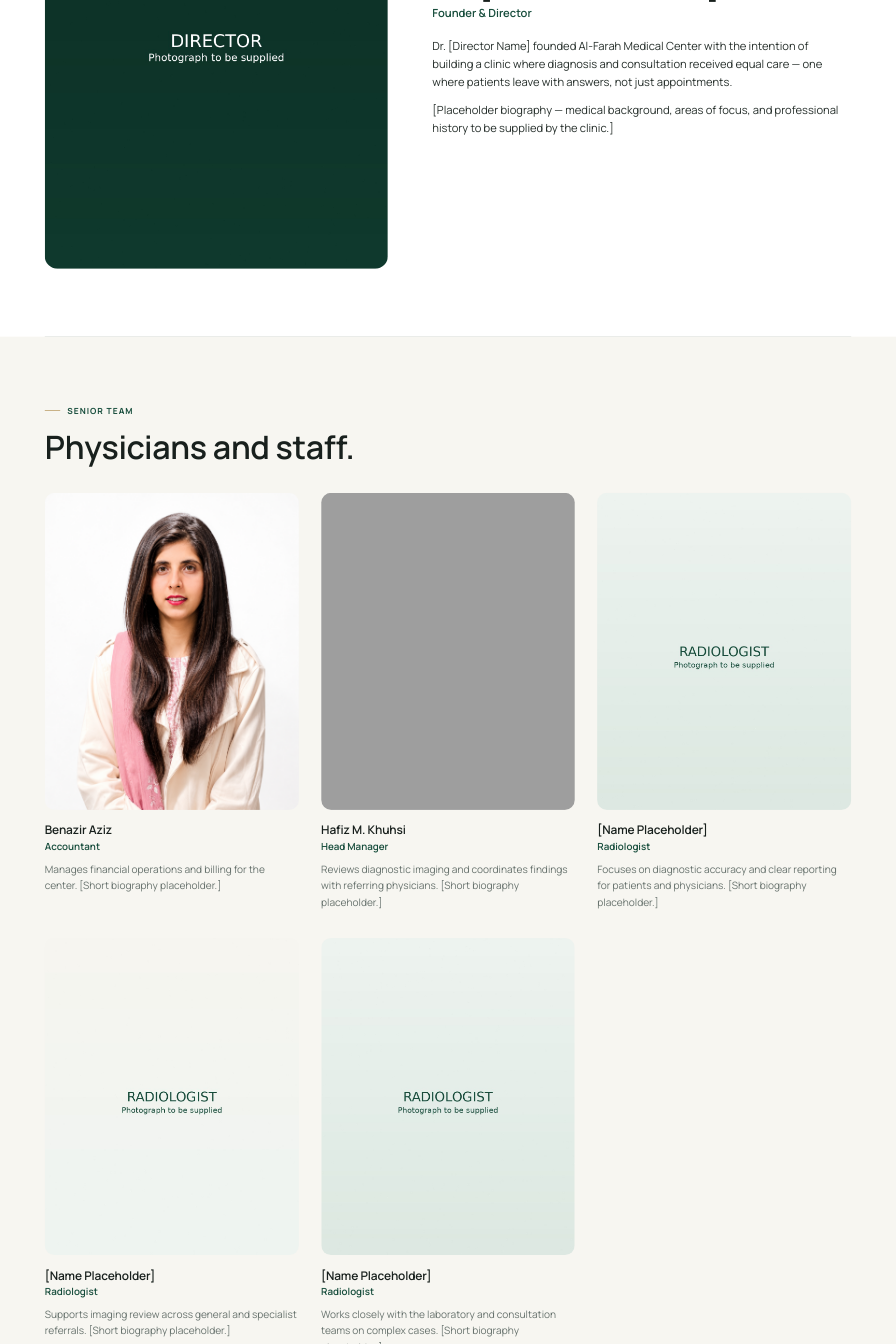
Repository: mraeesaziz45/al-farah
Page: team.html
An editor plug-in stored every save of this project. The page is shown before and after the next save, followed by the edit.
The browser window is 1280 px wide. The pictures show the part of the page from y = 850 to 2770 px (the page is 3806 px tall), at 70% of full size.
Pictures or frames that could not be fetched are drawn as grey boxes.

Above is the page before, as saved 2026-09-05 16:53:16.

After the next save:
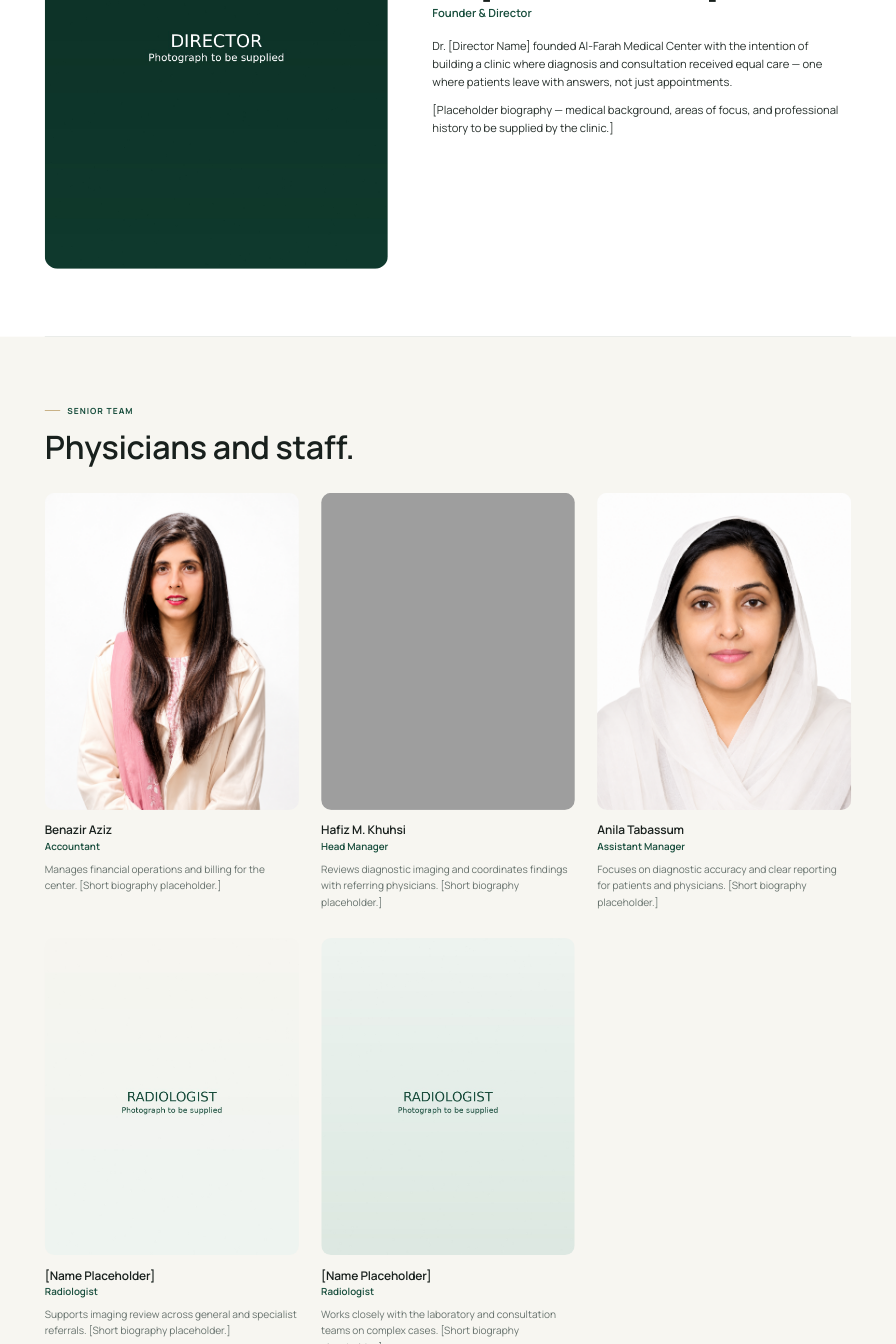
Saved 3 min 57 s later.
--- a/team.html
+++ b/team.html
@@ -110,10 +110,10 @@
         </div>
         <div class="team-card" data-reveal>
           <div class="team-card-media">
-            <img src="assets/images/team/radiologist-02-placeholder.jpg" alt="Portrait placeholder for a radiologist" width="1000" height="1250" loading="lazy" decoding="async">
+            <img src="assets/images/team/aneela-tabassum.png" alt="Portrait placeholder for a radiologist" width="1000" height="1250" loading="lazy" decoding="async">
           </div>
-          <h3 class="h4">[Name Placeholder]</h3>
-          <span class="role">Radiologist</span>
+          <h3 class="h4">Anila Tabassum</h3>
+          <span class="role">Assistant Manager</span>
           <p class="bio">Focuses on diagnostic accuracy and clear reporting for patients and physicians. [Short biography placeholder.]</p>
         </div>
         <div class="team-card" data-reveal>
